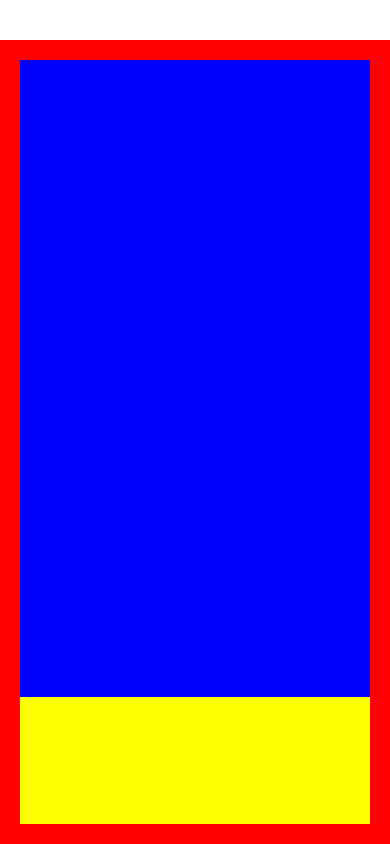
Repository: akinmiday/ReactNativeApp
Screen: /
The author's editor kept a copy of each file at every save. The screen is drawn from the files as they stood at one save, then again after the next save.
The app was drawn by React Native's web renderer in a window 390 px wide. The project was rebuilt for these pictures with package versions that can differ from the ones it lists, and the page was loaded fresh each time.

Above is the screen before, as saved 2023-08-03 18:48:23.

### App.js
import { useEffect, useState } from "react";
import {
  View,
  Text,
  TextInput,
  Button,
  Alert,
  TouchableWithoutFeedback,
  Keyboard,
  TouchableOpacity,
} from "react-native";
import styles from "./styles";

export default function App() {
  const { container, label } = styles;

  return (
    <View style={container}>
      <View style={{ backgroundColor: "blue", flex: 10 }}></View>
      <View style={{ backgroundColor: "yellow", flex: 2 }}></View>
    </View>
  );
}

### styles.js
import { StyleSheet } from "react-native";

const styles = StyleSheet.create({
  container: {
    marginTop: 40,
    padding: 20,
    backgroundColor: "red",
    flex: 1,
  },
});

export default styles;

After the next save:
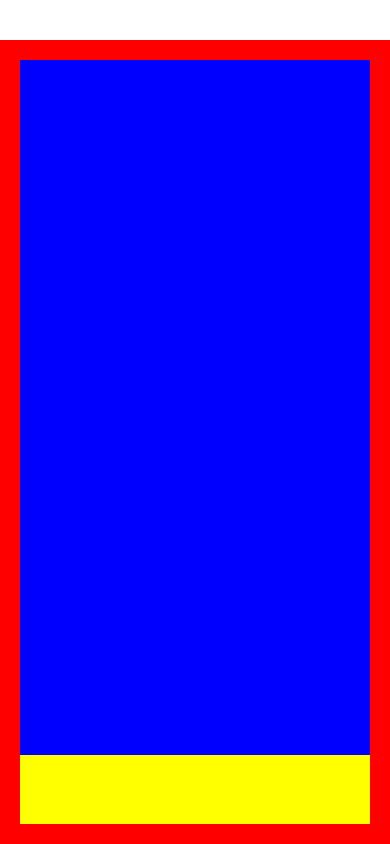
Saved 5 s later.
--- a/App.js
+++ b/App.js
@@ -17,7 +17,7 @@ export default function App() {
   return (
     <View style={container}>
       <View style={{ backgroundColor: "blue", flex: 10 }}></View>
-      <View style={{ backgroundColor: "yellow", flex: 2 }}></View>
+      <View style={{ backgroundColor: "yellow", flex: 1 }}></View>
     </View>
   );
 }
